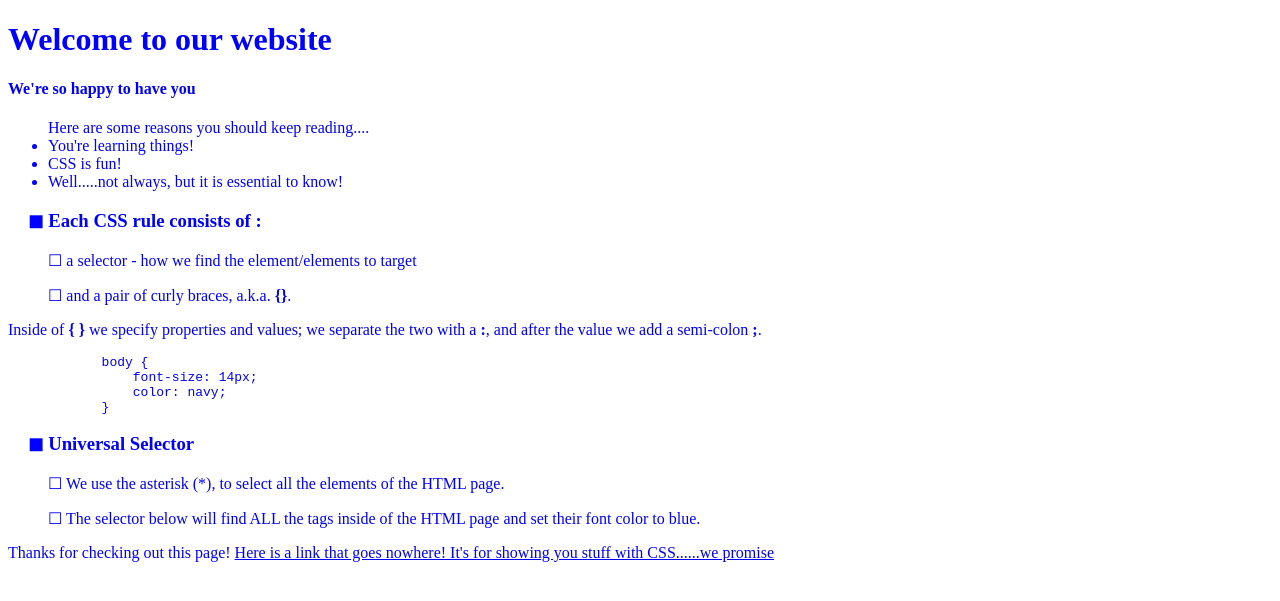
Repository: AnnaSpirit/Tests__
Page: CSS/Useful_Selectors.html
The author's editor kept a copy of each file at every save. The page is drawn from the files as they stood at one save, then again after a run of saves.
The browser window is 1280 px wide. The pictures show the whole page.

Above is the page before, as saved 2024-04-01 12:28:20.

After the next 4 saves:
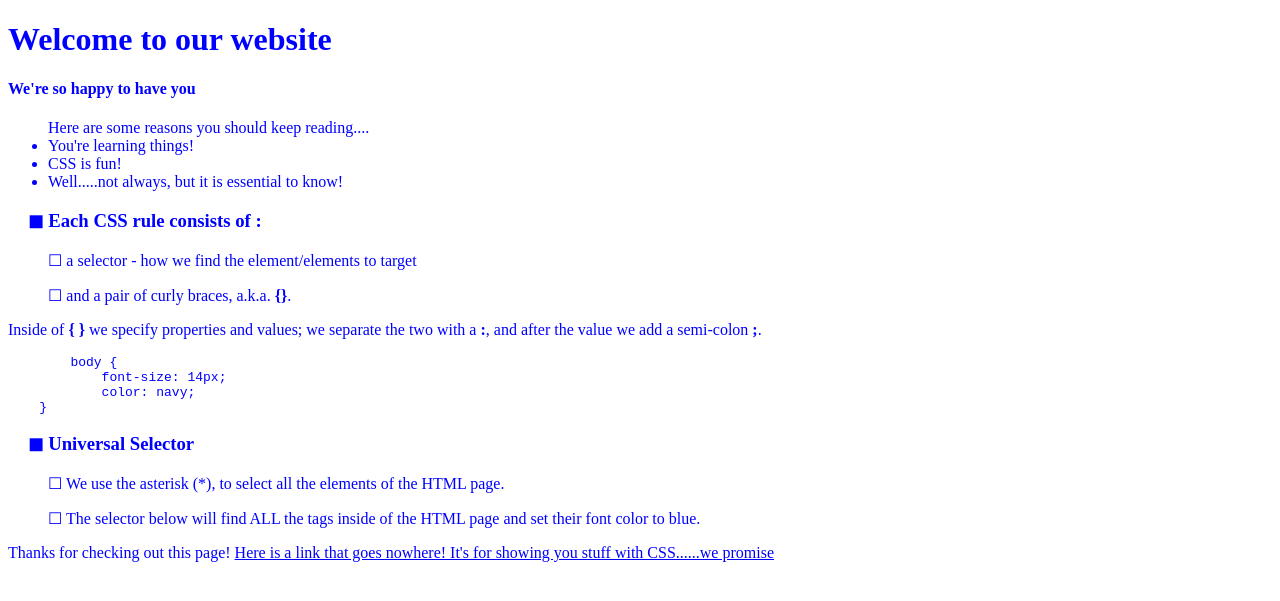
The 4 saves are shown as one change because they came seconds apart.
The last was saved 13 s later.
--- a/CSS/Useful_Selectors.html
+++ b/CSS/Useful_Selectors.html
@@ -24,10 +24,10 @@
             <p style="padding-left: 40px;"> &#9744; and a pair of curly braces, a.k.a. <b>{}</b>.</p>
             <p>Inside of <b>{ }</b> we specify properties and values; we separate the two with a <b>:</b>, and after the value we add a semi-colon <b>;</b>.</p>
     <span> <pre>
-            body {
-                font-size: 14px;
-                color: navy;
-            }</pre></span>
+        body {
+            font-size: 14px;
+            color: navy;
+    }</pre></span>
         </h3>
         <h3 style="padding-left: 20px;"> &#9724; Universal Selector</h3>
         <p style="padding-left: 40px;">&#9744; We use the asterisk (*), to select all the elements of the HTML page. </p>
